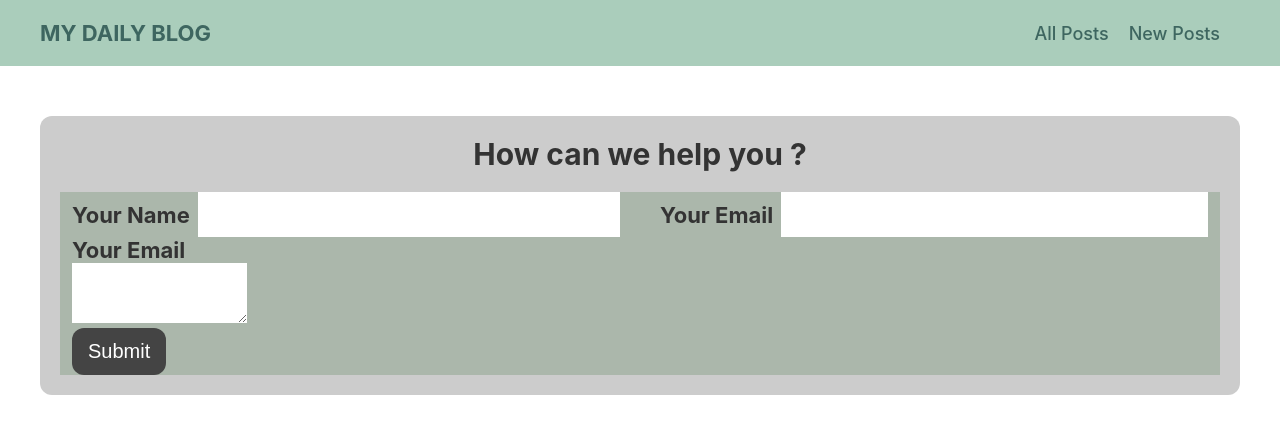
Repository: lyvandat/post-project-nextjs
Page: /new-post
An editor plug-in stored every save of this project. The page is shown before and after the next save, followed by the edit.
The browser window is 1280 px wide. The pictures show the whole page.
The project was rebuilt for these pictures with package versions that can differ from the ones it lists, and the page was loaded fresh each time. The framework's server and built-in components were replaced by stand-ins that run in the browser. Also part of the build but not shown: next.config.js.

Above is the page before, as saved 2022-09-26 18:39:29.

### pages/_app.tsx
import "../styles/globals.css";
import type { AppProps } from "next/app";
import Layout from "../components/layout/Layout";

function MyApp({ Component, pageProps }: AppProps) {
  return (
    <Layout>
      <Component {...pageProps} />
    </Layout>
  );
}

export default MyApp;

### pages/new-post.tsx
import NewPost from "../components/posts/NewPost";
const NewPostPage: React.FC = (props) => {
  return <NewPost />;
};

export default NewPostPage;

### styles/globals.css
:root {
  --background-green: #aacdbb;
  --light-green: #abb7ab;
  --medium-green: #8b9874;
  --high-green: #3e6660;
}

html,
body {
  color: var(--medium-green);
  padding: 0;
  margin: 0;
  font-family: -apple-system, BlinkMacSystemFont, Segoe UI, Roboto, Oxygen,
    Ubuntu, Cantarell, Fira Sans, Droid Sans, Helvetica Neue, sans-serif;
}

html {
  font-size: 62.5%;
}

body {
  font-size: 1.6rem;
}

a {
  color: inherit;
  text-decoration: none;
}

* {
  box-sizing: border-box;
  margin: 0;
  border: 0;
  padding: 0;
}

ul {
  padding-left: 0;
  list-style: none;
}

button {
  outline: none;
}

img {
  display: block;
  max-width: 100%;
}

.container {
  max-width: 1200px;
  width: 100%;
  margin-left: auto;
  margin-right: auto;
}

.container > h2 {
  text-align: center;
  color: white;
  opacity: 0.66;
  margin-bottom: 40px;
  margin-top: 10px;
  padding-top: 30px;
  font-size: 2.8rem;
  font-weight: 600;
  text-transform: capitalize;
}

.padding-section {
  padding-top: 50px;
  padding-bottom: 30px;
}

### components/layout/Layout.tsx
import React from "react";
import classes from "./Layout.module.css";
import MainNavigation from "./MainNavigation";

const Layout: React.FC<{ children: React.ReactNode }> = (props) => {
  return (
    <React.Fragment>
      <MainNavigation></MainNavigation>
      <main className={classes.main}>{props.children}</main>
    </React.Fragment>
  );
};

export default Layout;

### components/posts/NewPost.tsx
import classes from "./NewPost.module.css";

const NewPost: React.FC = (props) => {
  return (
    <section className={`${classes.contact} container`}>
      <h1> How can we help you ?</h1>
      <form className={classes.form}>
        <div className={classes.controls}>
          <div className={classes.control}>
            <label htmlFor="name">Your Name</label>
            <input id="name" type="text"></input>
          </div>
          <div className={classes.control}>
            <label htmlFor="email">Your Email</label>
            <input id="email" type="text"></input>
          </div>
        </div>
        <div className={classes.text}>
          <label htmlFor="feedback">Your Email</label>
          <textarea id="feedback" rows={4}></textarea>
        </div>
        <div className={classes.actions}>
          <button type="submit">Submit</button>
        </div>
      </form>
    </section>
  );
};

export default NewPost;

### components/layout/Layout.module.css
.main {
  width: 100%;
  margin-left: auto;
  margin-right: auto;
}

### components/layout/MainNavigation.tsx
import classes from "./MainNavigation.module.css";
import Link from "next/link";

const MainNavigation: React.FC = (props) => {
  return (
    <header className={classes["main-header"]}>
      <div className={classes.container}>
        <Link href="/">
          <a>
            <h2>My Daily Blog</h2>
          </a>
        </Link>
        <nav>
          <ul>
            <li>
              <Link href="/all-posts">All Posts</Link>
            </li>
            <li>
              <Link href="/new-post">New Posts</Link>
            </li>
          </ul>
        </nav>
      </div>
    </header>
  );
};

export default MainNavigation;

### components/posts/NewPost.module.css
.contact {
  background-color: #ccc;
  border-radius: 12px;
  padding: 20px;
  color: #333;
  font-size: 2.2rem;
  font-weight: bold;
  margin-top: 50px;
}

.contact h1 {
  font-size: 3rem;
  text-align: center;
  margin-bottom: 20px;
}

.form {
  padding: 0 12px;
  background-color: var(--light-green);
}

.controls {
  display: flex;
  flex-flow: row nowrap;
  justify-content: space-between;
}

.control {
  width: calc(50% - 20px);
  display: flex;
  align-items: center;
}

.control label {
  margin-right: 8px;
}

.control input {
  flex: 1;
  padding: 12px;
  font-size: 1.8rem;
}

.text label {
  display: block;
}

.actions {
  margin-left: auto;
}

.actions button {
  font-size: 2rem;
  background-color: #444;
  color: #fff;
  padding: 12px 16px;
  border-radius: 12px;
}

.actions button:hover {
  background-color: #222;
}

### components/layout/MainNavigation.module.css
.main-header {
  background-color: var(--background-green);
  padding: 20px;
}

.container {
  color: var(--high-green);
  width: 100%;
  max-width: 1200px;
  display: flex;
  justify-content: space-between;
  align-items: center;
  margin: 0 auto;
}

.container h2 {
  font-size: 22px;
  font-weight: 700;
  text-transform: uppercase;
}

.container nav {
}

.container ul {
  display: flex;
  justify-content: flex-start;
}

.container li {
  margin-right: 20px;
}

.container a {
  font-weight: 600;
  font-size: 18px;
  font-weight: 500;
}

After the next save:
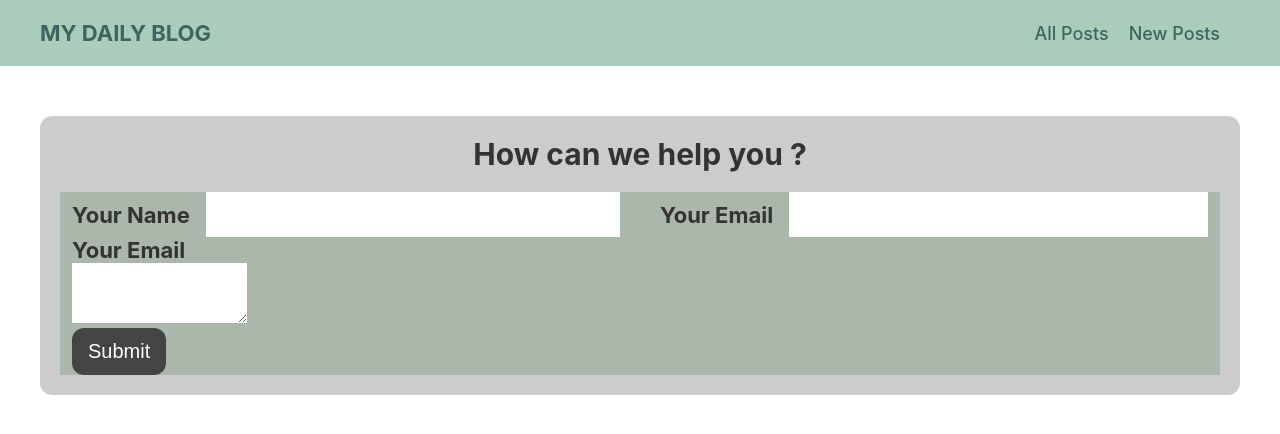
Saved 6 s later.
--- a/components/posts/NewPost.module.css
+++ b/components/posts/NewPost.module.css
@@ -32,7 +32,7 @@
 }
 
 .control label {
-  margin-right: 8px;
+  margin-right: 16px;
 }
 
 .control input {
